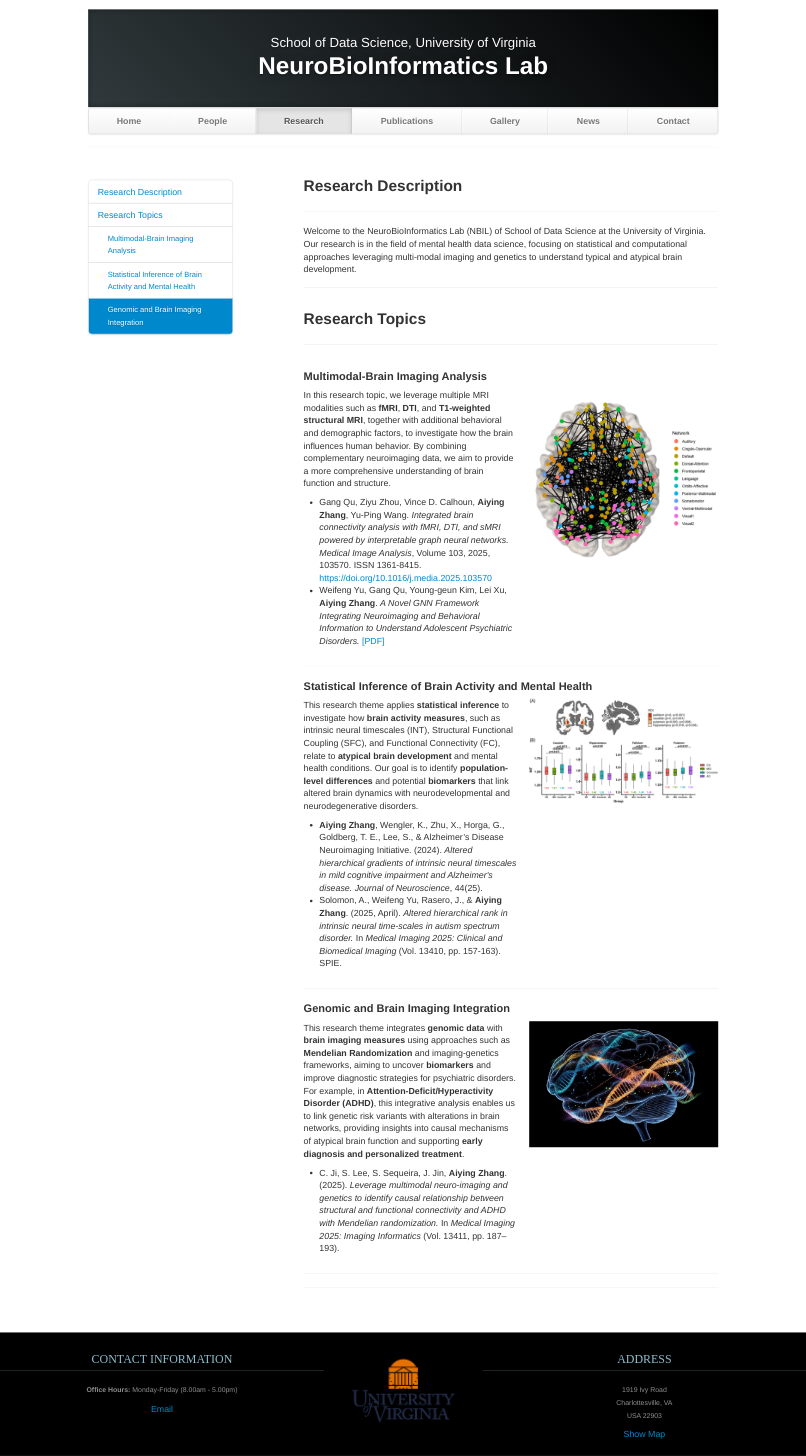
Repository: nbillab/nbillab.io
Page: research.html
An editor plug-in stored every save of this project. The page is shown before and after the next save, followed by the edit.
The browser window is 1280 px wide. The pictures show the whole page, at 63% of full size.

Above is the page before, as saved 2025-08-17 20:54:14.

After the next save:
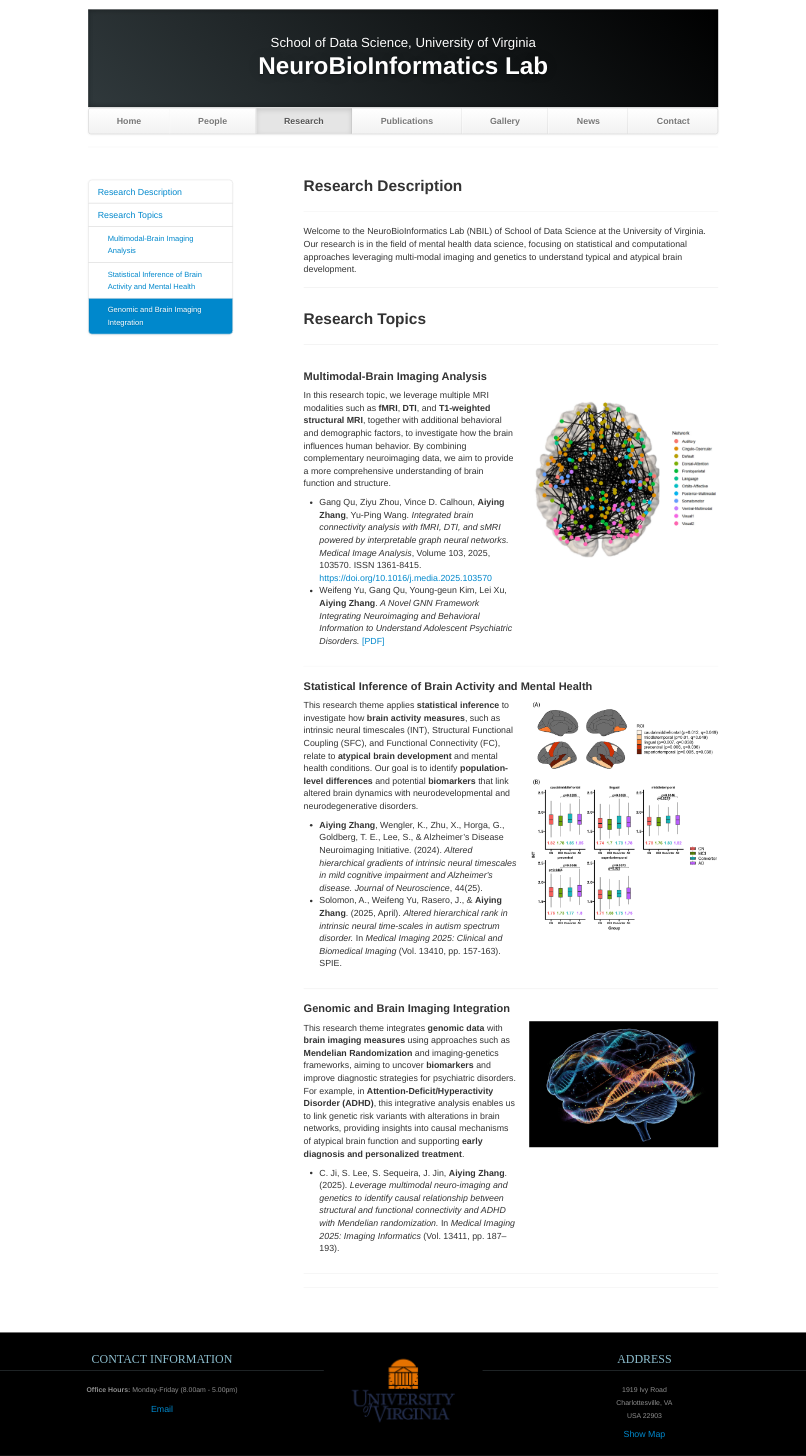
Saved 3 min 54 s later.
--- a/research.html
+++ b/research.html
@@ -122,7 +122,7 @@
                               </ul>
                            </div>
                            <div style="flex: 0 0 300px;">
-                              <img src="images/INT_AD.png" alt="Brain Activity and Mental Health" style="max-width:100%; height:auto;">
+                              <img src="images/AD_INT.png" alt="Brain Activity and Mental Health" style="max-width:100%; height:auto;">
                            </div>
                         </div>
                      </section>
